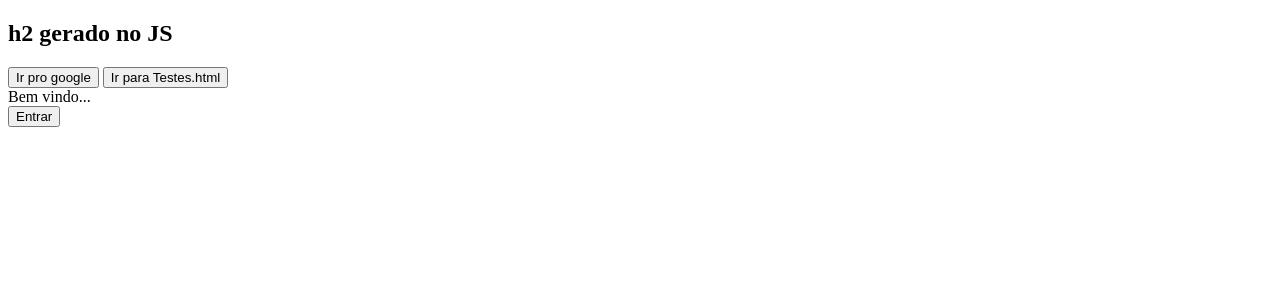
Repository: joaoaspimienta/Testes-e-estudo-de-ReactJS
Page: src/Anotações.html
These files come from the project's save history. The page is drawn as it stood at one moment and after the next save; the edit follows.
The browser window is 1280 px wide. The pictures show the whole page.

Above is the page before, as saved 2021-12-27 19:00:36.

### src/Anotações.html
<!DOCTYPE html>
  <head>
    <title>Anotações</title>
    <script type="text/javascript" src="script.js"></script>
  </head>

  <body>
    <button onClick="window.location.href='https://www.google.com';">Ir pro google</button>

    <button onClick="window.location.href='Testes.html';">Ir para Testes.html</button>

    <div id="area">Bem vindo...</div>

    <button onClick="document.getElementById('area').innerHTML='Bem vindo, ' + prompt('Qual seu nome?')">Entrar</button>
    <!-- document.write("<h1>lol</h1>") -->
  </body>
</html>

### src/script.js
document.write("<h2>h2 gerado no JS</h2>")

After the next save:
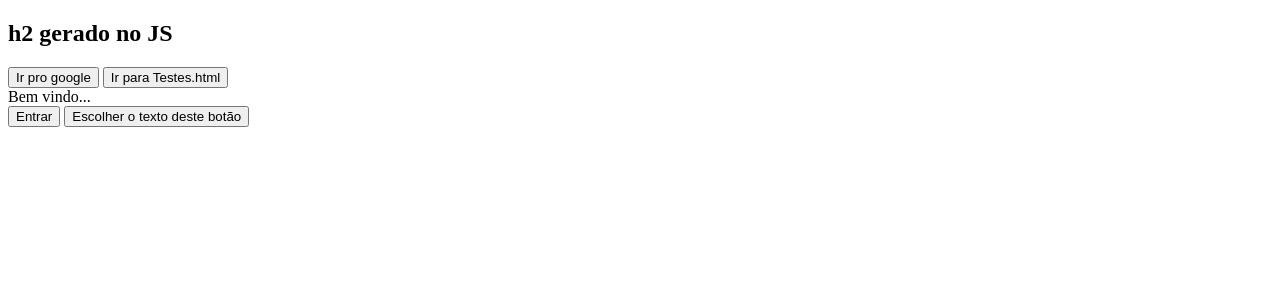
Console error (its wording comes from the project's code and is left out).
Saved 118 s later.
--- a/src/Anotações.html
+++ b/src/Anotações.html
@@ -13,5 +13,7 @@
 
     <button onClick="document.getElementById('area').innerHTML='Bem vindo, ' + prompt('Qual seu nome?')">Entrar</button>
     <!-- document.write("<h1>lol</h1>") -->
+
+    <button onClick="this.innerHTML= prompt(Escolha o nome deste botão)">Escolher o texto deste botão</button>
   </body>
 </html>
